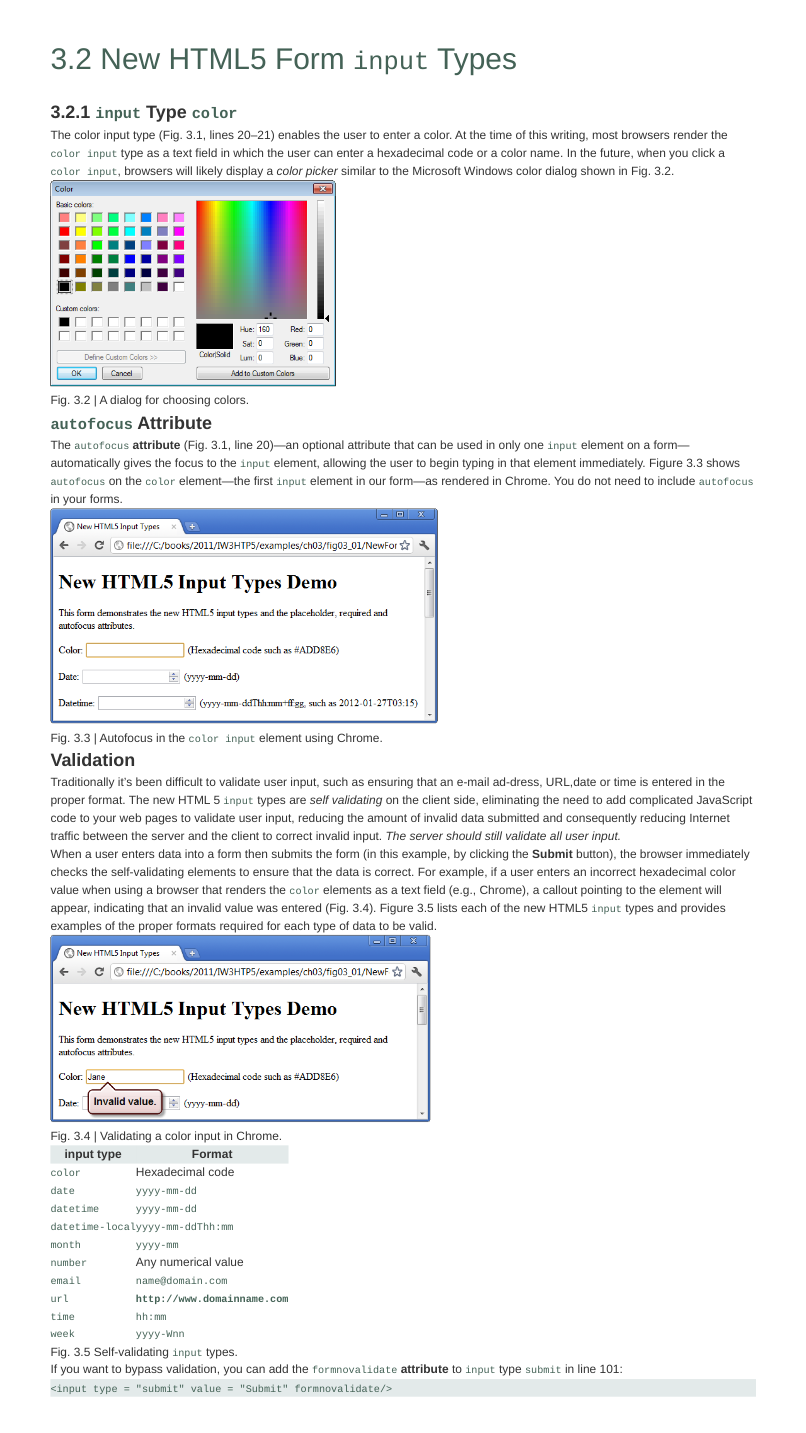
Repository: mlmEFSC21/P4-Textbook-Copy
Page: index.html
These files come from the project's save history. The page is drawn as it stood at one moment and after the next save; the edit follows.
The browser window is 1280 px wide. The pictures show the whole page, at 63% of full size.

Above is the page before, as saved 2022-02-03 16:37:44.

### index.html
<!DOCTYPE html>
<html lang="en">
    <head>
        <meta charset="UTF-8" />
        <meta http-equiv="X-UA-Compatible" content="IE=edge" />
        <meta name="viewport" content="width=device-width, initial-scale=1.0" />
        <link rel="stylesheet" href="bookStyles.css" />
        <title>Laying Out Book Pages</title>
    </head>
    <header>
        <h1>
            3.2 New HTML5 Form <code><span class="header1">input</span></code> Types
        </h1>
    </header>
    <body>
        <section class="color-input-type">
            <header>
                <h2>3.2.1 <code>input</code> Type <code>color</code></h2>
            </header>
            <p>
                The color input type (Fig. 3.1, lines 20–21) enables the user to enter a color. At
                the time of this writing, most browsers render the <code>color input</code> type as
                a text field in which the user can enter a hexadecimal code or a color name. In the
                future, when you click a <code>color input</code>, browsers will likely display a
                <em>color picker</em> similar to the Microsoft Windows color dialog shown in Fig.
                3.2.
            </p>
            <figure>
                <img src="images\OperaColorInput.png" alt="Microsoft Windows color dialog" />
                <figcaption>Fig. 3.2 | A dialog for choosing colors.</figcaption>
            </figure>
        </section>
        <section class="autofocus-attribute">
            <header>
                <h2><code>autofocus</code> Attribute</h2>
            </header>
            <p>
                The <code>autofocus</code> <strong>attribute</strong> (Fig. 3.1, line 20)—an
                optional attribute that can be used in only one <code>input</code> element on a
                form—automatically gives the focus to the <code>input</code> element, allowing the
                user to begin typing in that element immediately. Figure 3.3 shows
                <code>autofocus</code> on the <code>color</code> element—the first
                <code>input</code> element in our form—as rendered in Chrome. You do not need to
                include <code>autofocus</code> in your forms.
            </p>
            <figure>
                <img
                    src="images\Autofocus.png"
                    alt="web page demo of autofocus on a color input field"
                />
                <figcaption>
                    Fig. 3.3 | Autofocus in the <code>color input</code> element using Chrome.
                </figcaption>
            </figure>
        </section>
        <section class="input-validation">
            <header>
                <h2>Validation</h2>
            </header>
            <p>
                Traditionally it’s been difficult to validate user input, such as ensuring that an
                e-mail ad-dress, URL,date or time is entered in the proper format. The new HTML 5
                <code>input</code> types are <em>self validating</em> on the client side,
                eliminating the need to add complicated JavaScript code to your web pages to
                validate user input, reducing the amount of invalid data submitted and consequently
                reducing Internet traffic between the server and the client to correct invalid
                input. <em>The server should still validate all user input.</em>
            </p>
            <p>
                When a user enters data into a form then submits the form (in this example, by
                clicking the <strong>Submit</strong> button), the browser immediately checks the
                self-validating elements to ensure that the data is correct. For example, if a user
                enters an incorrect hexadecimal color value when using a browser that renders the
                <code>color</code> elements as a text field (e.g., Chrome), a callout pointing to
                the element will appear, indicating that an invalid value was entered (Fig. 3.4).
                Figure 3.5 lists each of the new HTML5 <code>input</code> types and provides
                examples of the proper formats required for each type of data to be valid.
            </p>
            <figure>
                <img
                    src="images\SelfValidationChrome.png"
                    alt="web page demo of validation preventing a non color input into a color input field"
                />
                <figcaption>Fig. 3.4 | Validating a color input in Chrome.</figcaption>
            </figure>
        </section>
        <section class="self-validating-types">
            <figure>
                <table class="validation-table">
                    <thead>
                        <th>input type</th>
                        <th>Format</th>
                    </thead>
                    <tr>
                        <td><code>color</code></td>
                        <td>Hexadecimal code</td>
                    </tr>
                    <tr>
                        <td><code>date</code></td>
                        <td><code>yyyy-mm-dd</code></td>
                    </tr>
                    <tr>
                        <td><code>datetime</code></td>
                        <td><code>yyyy-mm-dd</code></td>
                    </tr>
                    <tr>
                        <td><code>datetime-local</code></td>
                        <td><code>yyyy-mm-ddThh:mm</code></td>
                    </tr>
                    <tr>
                        <td><code>month</code></td>
                        <td><code>yyyy-mm</code></td>
                    </tr>
                    <tr>
                        <td><code>number</code></td>
                        <td>Any numerical value</td>
                    </tr>
                    <tr>
                        <td><code>email</code></td>
                        <td><code>name@domain.com</code></td>
                    </tr>
                    <tr>
                        <td><code>url</code></td>
                        <td>
                            <a href="http://www.domainname.com"
                                ><code>http://www.domainname.com</code></a
                            >
                        </td>
                    </tr>
                    <tr>
                        <td><code>time</code></td>
                        <td><code>hh:mm</code></td>
                    </tr>
                    <tr>
                        <td><code>week</code></td>
                        <td><code>yyyy-Wnn</code></td>
                    </tr>
                </table>
                <figcaption>Fig. 3.5 Self-validating <code>input</code> types.</figcaption>
            </figure>
            <aside>
                <p>
                    If you want to bypass validation, you can add the <code>formnovalidate</code>
                    <strong>attribute</strong> to <code>input</code> type <code>submit</code> in
                    line 101:
                </p>
                <div class="form-no-val">
                    <code>&lt;input type = "submit" value = "Submit" formnovalidate/&gt;</code>
                </div>
            </aside>
        </section>
    </body>
</html>

### bookStyles.css
:root {
    --clr-prime: #;
    --clr-background-accent: rgba(70, 114, 115, 0.15);
    --clr-font-links: #275b8a;
    --clr-font-prime: #333;
    --clr-font-code: #446256;
    --clr-font-figcap: darkgrey;
    --clr-background: white;
}
*,
*::before,
*::after {
    margin: 0;
    padding: 0;
    box-sizing: border-box;
}
html {
    font-size: 19px;
    font-family: sans-serif;
}
body {
    font-family: "Helvetica Neue", Helvetica, Arial, "Lucida Grande", sans-serif;
    margin: 57px 0;
    padding: 0 80px;
    padding: auto;
    line-height: 1.5;
    background-color: var(--clr-background);
    color: var(--clr-font-prime);
}
h1,
code {
    color: var(--clr-font-code);
}
h1 {
    font-size: 2.5em;
    margin-top: 1.15em;
    margin-bottom: 0.6em;
    font-style: normal;
    font-weight: 300;
    line-height: 1.5;
}
code {
    font-family: Courier, "Courier New", monospace;
    font-size: 0.85em;
}
table {
    border-collapse: collapse;
}
a {
    color: var(--clr-font-links);
    text-decoration: none;
    font-weight: 700;
    cursor: pointer;
}
th,
div {
    background-color: var(--clr-background-accent);
}

After the next save:
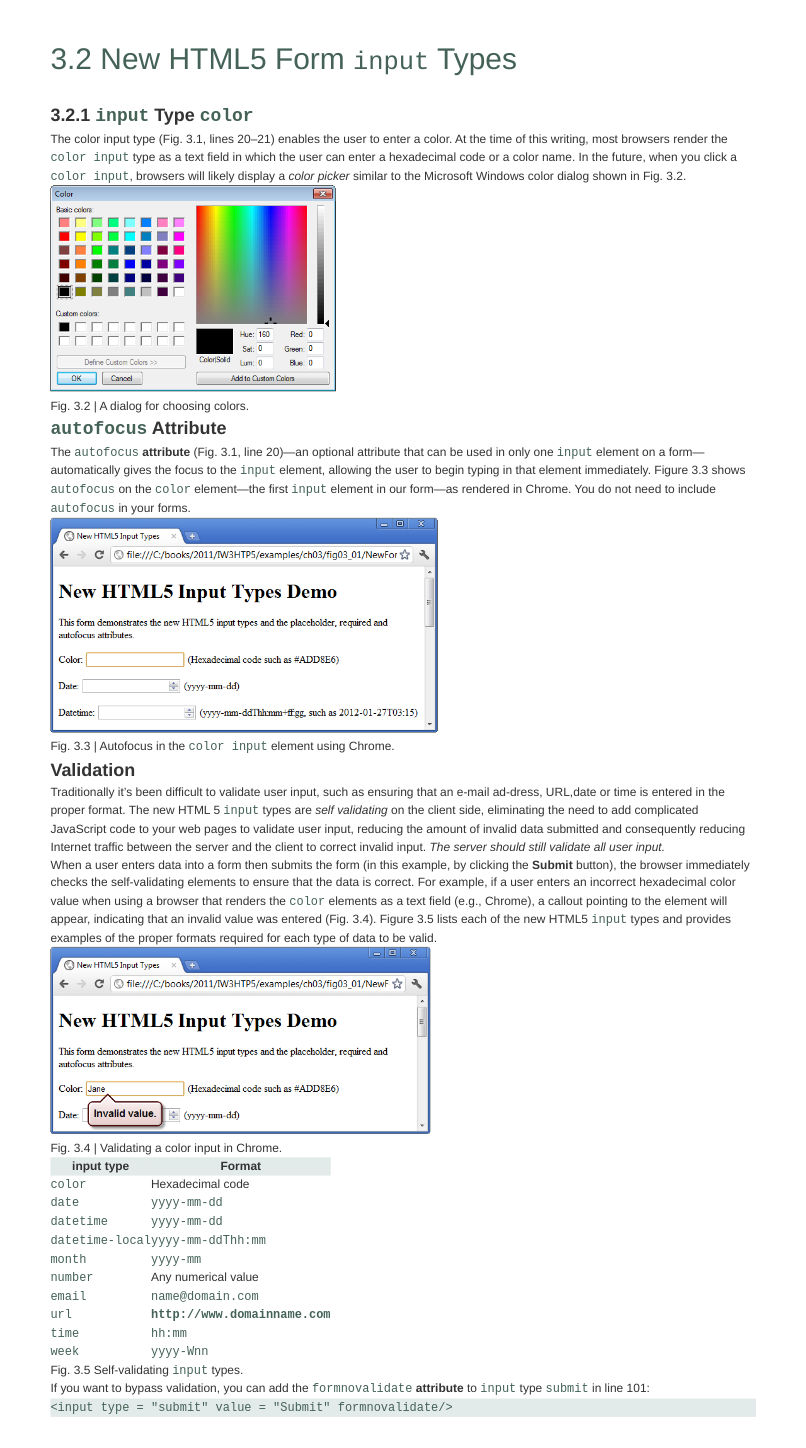
Saved 5 s later.
--- a/bookStyles.css
+++ b/bookStyles.css
@@ -39,7 +39,7 @@
     font-weight: 300;
     line-height: 1.5;
 }
-code {
+.header1 {
     font-family: Courier, "Courier New", monospace;
     font-size: 0.85em;
 }

After the save that followed:
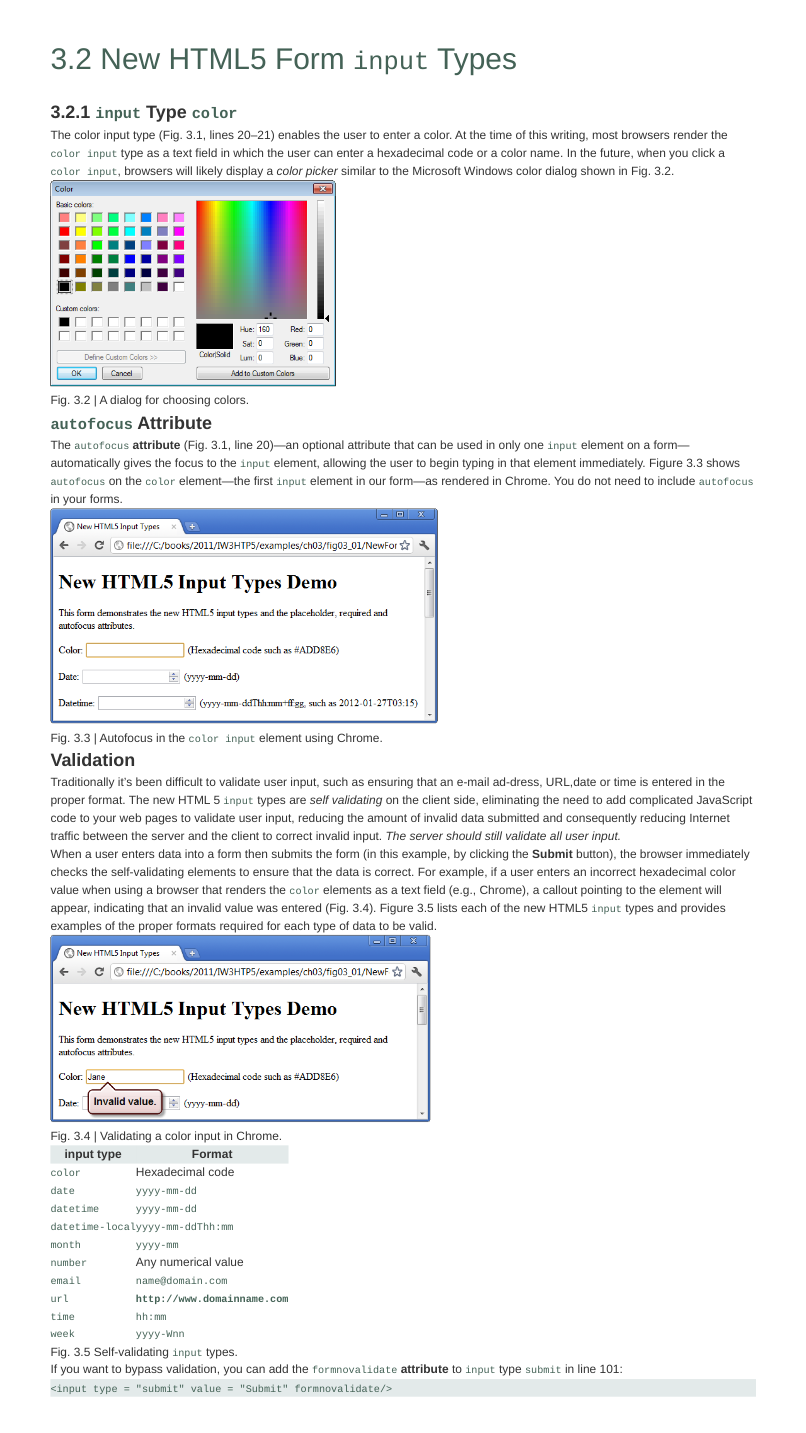
Saved 7 s later.
--- a/bookStyles.css
+++ b/bookStyles.css
@@ -39,7 +39,7 @@
     font-weight: 300;
     line-height: 1.5;
 }
-.header1 {
+code {
     font-family: Courier, "Courier New", monospace;
     font-size: 0.85em;
 }
